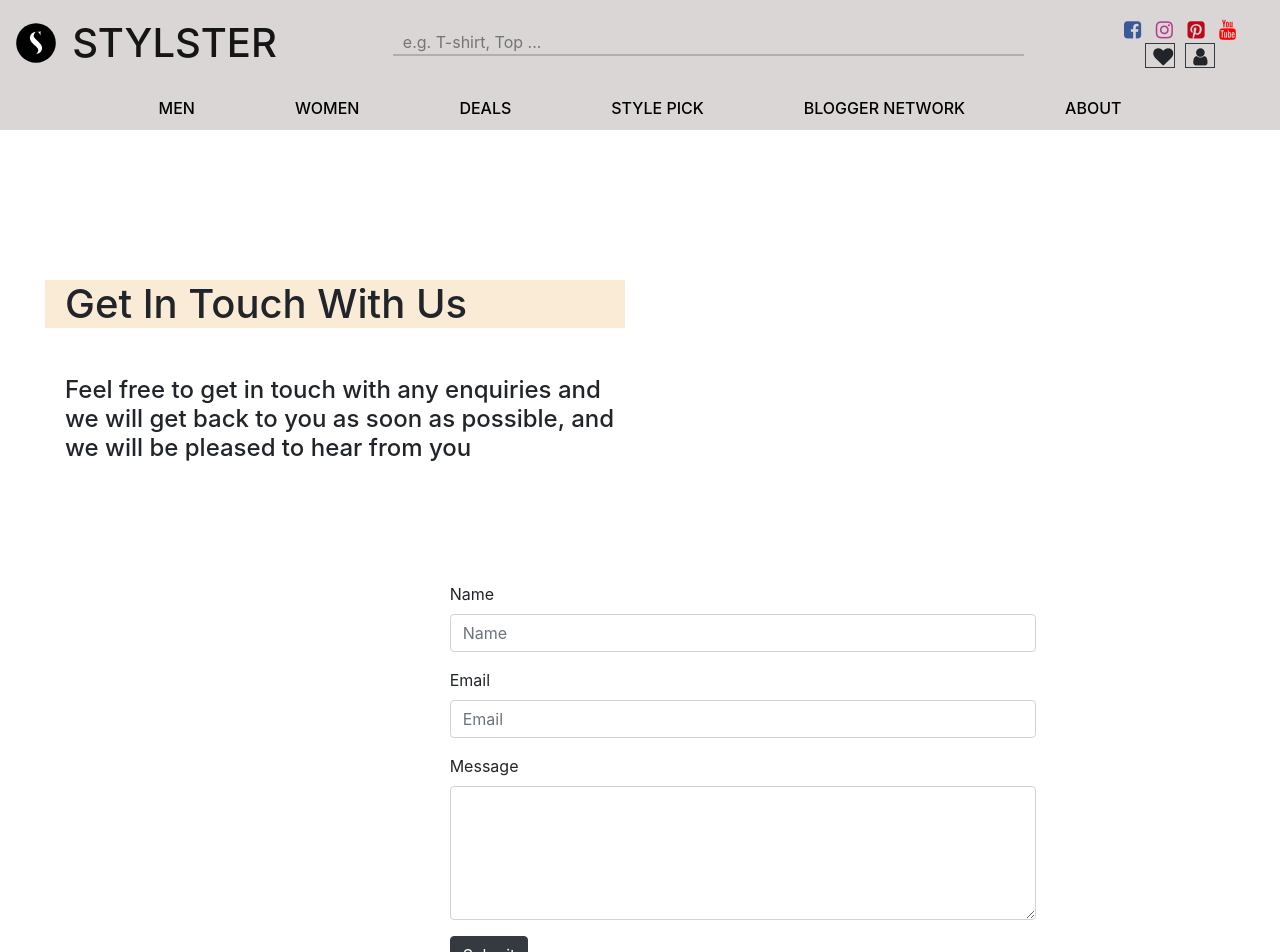
Repository: Lovekr/stylester
Page: stylster_frontend_design/contact.html
The author's editor kept a copy of each file at every save. The page is drawn from the files as they stood at one save, then again after the next save.
The browser window is 1280 px wide. The pictures show the part of the page from y = 0 to 952 px (the page is 1740 px tall).
A picture or video elsewhere on the page could not be fetched, so the positions and the page height are approximate. Some web fonts or font styles are not loaded; a fallback is used.

Above is the page before, as saved 2020-02-26 14:01:18.

After the next save:
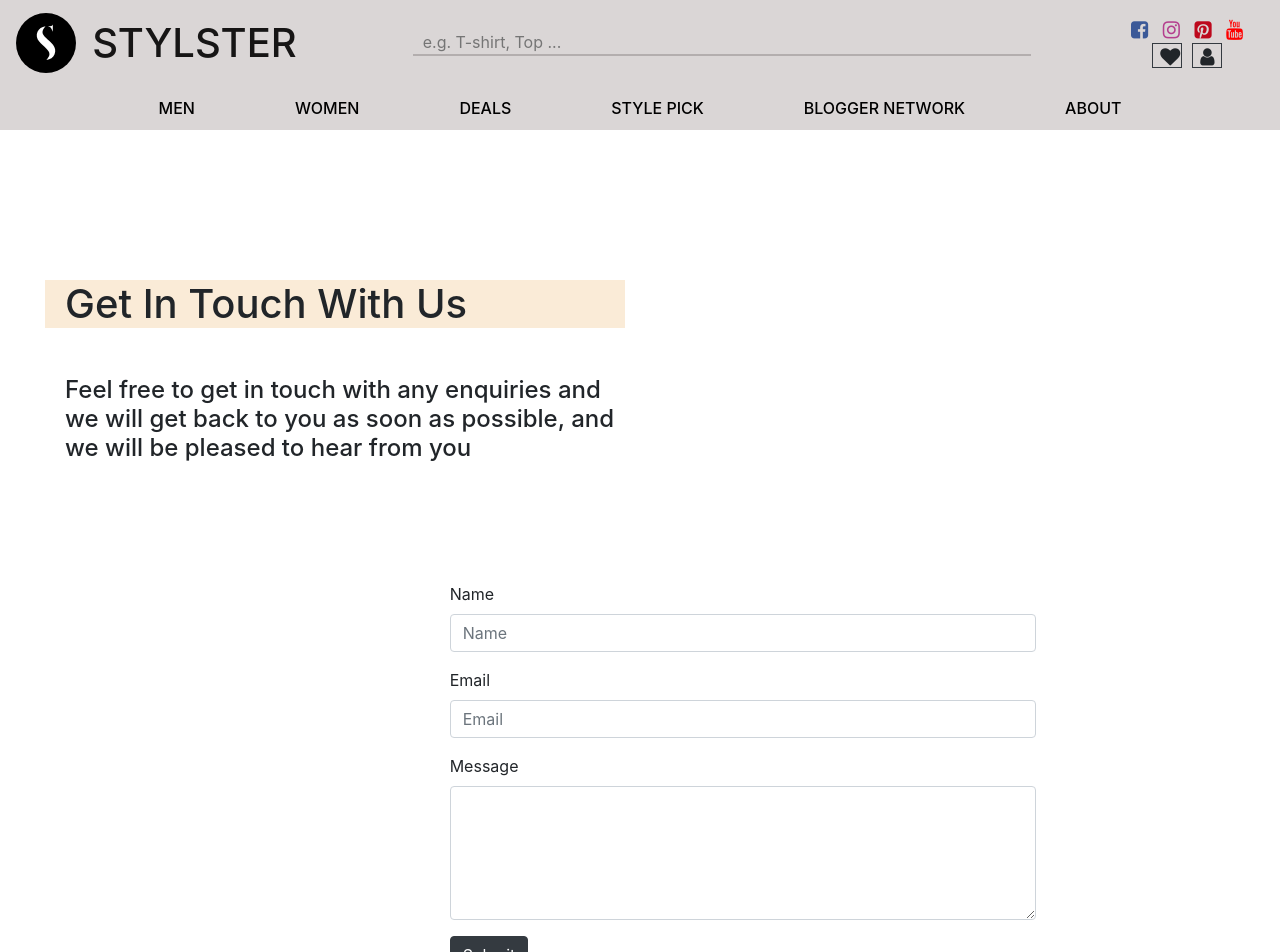
Saved 118 s later.
--- a/stylster_frontend_design/contact.html
+++ b/stylster_frontend_design/contact.html
@@ -17,7 +17,7 @@
     <div id="navbar">
         <nav class="navbar navbar-expand-lg navbar-light">
             <img class="pr-3"
-            src="./asset/stylster logo.svg"><a class="navbar-brand" href="#">STYLSTER</a>
+            src="./asset/stylster logo1-01.svg"><a class="navbar-brand" href="#">STYLSTER</a>
 
           <button class="navbar-toggler" type="button" data-toggle="collapse" data-target="#navbarSupportedContent" aria-controls="navbarSupportedContent" aria-expanded="false" aria-label="Toggle navigation">
             <span class="navbar-toggler-icon"></span>
